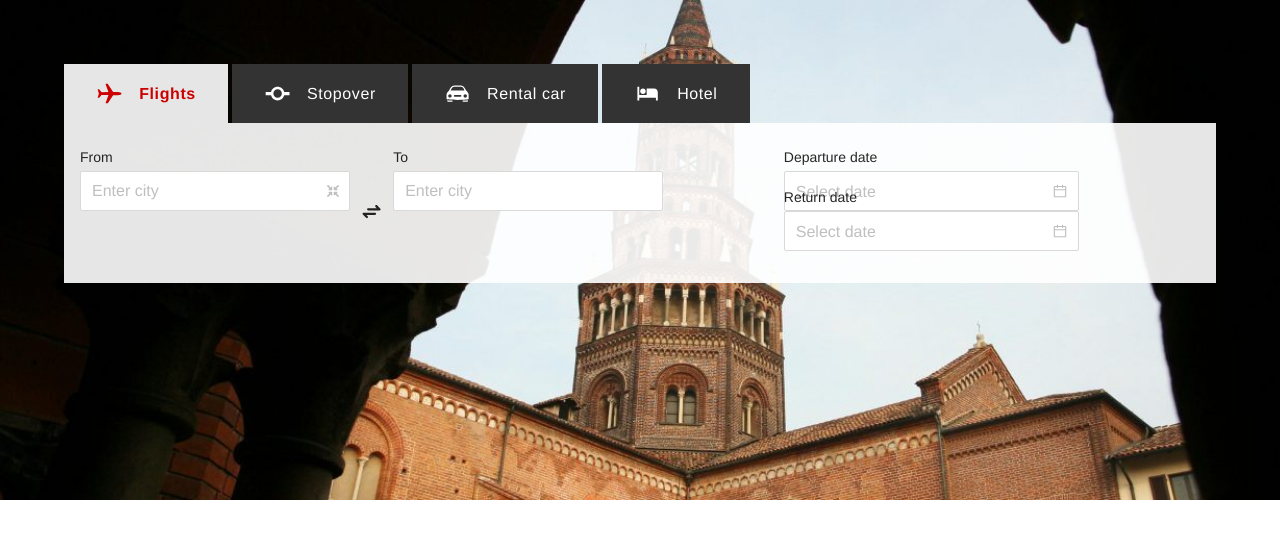
Repository: guidogr95/Everymundo-Excercise
Page: /
The author's editor kept a copy of each file at every save. The page is drawn from the files as they stood at one save, then again after the next save.
The browser window is 1280 px wide. The pictures show the whole page.
The project was rebuilt for these pictures with package versions that can differ from the ones it lists, and the page was loaded fresh each time. Also part of the build but not shown: src/components/CustomSpin/customspin.scss.

Above is the page before, as saved 2021-07-01 20:01:45.

### src/index.jsx
import React from 'react';
import ReactDOM from 'react-dom';
import App from './App';
import reportWebVitals from './reportWebVitals';
// redux
import { createStore } from 'redux'
import { Provider } from 'react-redux'
import { flightReducer } from 'src/redux/reducers/flightReducer'
const store = createStore(flightReducer)

ReactDOM.render(
  <React.StrictMode>
    <Provider store={store}>
      <App />
    </Provider>
  </React.StrictMode>,
  document.getElementById('root')
);

// If you want to start measuring performance in your app, pass a function
// to log results (for example: reportWebVitals(console.log))
// or send to an analytics endpoint. Learn more: https://bit.ly/CRA-vitals
reportWebVitals();

### src/App.jsx
// utils
import {
  QueryClient,
  QueryClientProvider,
} from 'react-query'
// styles
import 'antd/dist/antd.css';
import './app.scss';
// components
import BookingMask from 'src/components/BookingMask'

const queryClient = new QueryClient({
  defaultOptions: {
    queries: {
      refetchOnWindowFocus: false,
    },
  },
})

function App() {
  return (
    <QueryClientProvider client={queryClient}>
      <div className="App">
        <div className="flightmanager-container container" >
          <BookingMask />
        </div>
      </div>
    </QueryClientProvider>
  );
}

export default App;

### src/redux/reducers/flightReducer.js
const initialState = {
    geo: {
      origin: '',
      desination: ''
    },
    date: {
      departure: '',
      toReturn: '',
    }
};

export const flightReducer = (state = initialState, action) => {
  switch(action.type){
    case '@geo/update-origin':
      return {
          ...state,
          geo: {
          ...state.geo,
          origin: action.payload
        }
      }
    case '@geo/update-destination':
      return {
          ...state,
          geo: {
          ...state.geo,
          destination: action.payload
        }
      }
    case '@date/update-departure':
      return {
          ...state,
          date: {
          ...state.date,
          departure: action.payload
        }
      }
    case '@date/update-to-return':
      return {
          ...state,
          date: {
          ...state.date,
          toReturn: action.payload
        }
      }
    default:
      return state;
  }
}

// action creators
// @geo
export const geoUpdateOrigin = (payload) => {
  return {
    type: '@geo/update-origin',
    payload
  }
}
export const geoUpdateDestination = (payload) => {
  return {
    type: '@geo/update-destination',
    payload
  }
}
// @date
export const dateUpdateDeparture = (payload) => {
  return {
    type: '@date/update-departure',
    payload
  }
}
export const dateUpdateToReturn = (payload) => {
  return {
    type: '@date/update-to-return',
    payload
  }
}

### src/app.scss
@import 'styles/global';

.App {
  .container {
    width: $desktop-maxwidth;
    max-width: 100%;
  }
  .flightmanager-container {
    background: url('./assets/images/bg.jpg');
    background-size: cover;
    background-position: center;
    min-height: 500px;
    margin: auto;
    padding: 4rem;
  }
}

### src/components/BookingMask/index.jsx
import { useState } from 'react'
// styles
import './bookingmask.scss'
// assets
import { IoIosAirplane, IoMdGitCommit, IoIosCar, IoMdBed } from 'react-icons/io'
// components
import EmptyTab from './EmptyTab'
import FlightsTab from './FlightsTab'

const BookingMask = () => {
  const tabs = [
    {
      name: 'Flights',
      icon: <IoIosAirplane />,
      component: <FlightsTab />
    },
    {
      name: 'Stopover',
      icon: <IoMdGitCommit />,
      component: <EmptyTab />
    },
    {
      name: 'Rental car',
      icon: <IoIosCar />,
      component: <EmptyTab />
    },
    {
      name: 'Hotel',
      icon: <IoMdBed />,
      component: <EmptyTab />
    }
  ]

  const [activeTab, setActiveTab] = useState(tabs[0].name)
  const handleTab = name => setActiveTab(name)

  return (
    <section className="bookingmask" >
      <ul className="bookingmask__nav" >
        {tabs.map(tab =>
          <button
            className={activeTab === tab.name ? 'active' : ''}
            onClick={() => handleTab(tab.name)}
            key={tab.name}
          >
            {tab.icon}<span>{tab.name}</span>
          </button>
        )}
      </ul>
      <div className="bookingmask__tabs-wrapper" >
          {tabs.map(tab =>
            <div
              key={tab.name}
              className={`bookingmask__tab${activeTab === tab.name ? ' active' : ''}`}
            >
              {tab.component}
            </div>
          )}
      </div>
    </section>
  )
}

export default BookingMask

### src/styles/_global.scss
@import 'variables';
@import 'mixins';

html,
body {
  position: relative;
  padding: 0;
  margin: 0;
  font-family: $font-family;
  -webkit-text-size-adjust: 100%;
  -webkit-font-smoothing: auto;
  -moz-font-smoothing: auto;
  -moz-osx-font-smoothing: auto;
  --antd-wave-shadow-color: #c00;
}
* {
  box-sizing: border-box;
}
ul {
  margin: 0;
  padding: 0;
}
button {
  border: none;
  cursor: pointer;
}
.ant-select {
  min-width: 270px;
}
.ant-select:not(.ant-select-disabled):hover .ant-select-selector,
.ant-select-focused:not(.ant-select-disabled).ant-select:not(.ant-select-customize-input) .ant-select-selector {
  border-color: $color-red !important;
}
body::-moz-selection,
body::selection {
  color: $color-red !important;
  background: $color-red !important;
}

### src/styles/_variables.scss
// measurements
$desktop-maxwidth: 90rem;
// colors
$color-red: #c00;
$color-gray: #333333;
$color-white: #fff;
// fonts
// font-family
$font-family: SwissText,Helvetica,Arial,sans-serif,LufthansaMamSymbolText;
// font-weight
$font-weight-medium: 700;
$font-weight-small: 300;
// font-size
$font-size-normal: 1rem;
$font-size-large: 1.7rem;
// line height
$line-height-medium: 2.2rem;
// letter spacing
$letter-spacing-small: .6px;

// tab variables
// colors
$color-active-tab-bg: hsla(0,0%,100%,.9);
// padding
$padding-tab-link: 1rem 2rem;
$padding-tab-content: 3rem 1rem 2rem 1rem;
// margin
$margin-tab-link: 0 0 0 .25rem;

### src/styles/_mixins.scss
// MIXINS
@mixin breakpoint($point) {
  @media (max-width: $point) {
    @content;
  }
}

### src/components/BookingMask/bookingmask.scss
@import '/src/styles/variables';
.bookingmask {
  &__nav {
    list-style: none;
    button {
      &:not(:first-of-type) {
        margin: $margin-tab-link;
      }
      color: $color-white;
      background: $color-gray;
      padding: $padding-tab-link;
      display: inline-flex;
      align-items: center;
      font-size: $font-size-normal;
      font-weight: $font-weight-small;
      letter-spacing: $letter-spacing-small;
      &.active {
        color: $color-red;
        font-weight: $font-weight-medium;
        background-color: $color-active-tab-bg;
      }
      svg {
        margin-right: 1rem;
        font-size: $font-size-large;
      }
    }
  }
  &__tabs-wrapper {
    position: relative;
  }
  &__tab {
    position: absolute;
    top: 0;
    left: 0;
    right: 0;
    padding: $padding-tab-content;
    background-color: $color-active-tab-bg;
    display: none;
    &.active {
      display: block;
    }
  }
}

### src/components/BookingMask/EmptyTab/index.jsx
const EmptyTab = () => {
  return (
    <div>
      some more stuff
    </div>
  )
}

export default EmptyTab

### src/components/BookingMask/FlightsTab/index.jsx

// components
import AirportInputs from './AirportInputs'
import DateInputs from './DateInputs'

import './flightstab.scss'

export default function FlightsTab () {
  return (
    <div className="bookingmask__flight" >
      <AirportInputs/>
      <DateInputs/>
    </div>
  )
}

### src/components/BookingMask/FlightsTab/AirportInputs/index.jsx
// assets
import { CgArrowsExchange } from 'react-icons/cg'
import { FaCompressArrowsAlt } from 'react-icons/fa'
// components
import AirportInput from './AirportInput'
// redux
import { useDispatch, useSelector } from 'react-redux'
import { geoUpdateOrigin, geoUpdateDestination } from 'src/redux/reducers/flightReducer'

import './airportinputs.scss'

export default function AirportInputs () {
  const state = useSelector(state => state.geo)
  const dispatch = useDispatch()
  const { origin, destination } = state

  return (
    <div className="bookingmask__flight--geo" >
      <AirportInput
        label="From"
        value={origin}
        setValue={(v) => dispatch(geoUpdateOrigin(v))}
        placeholder="Enter city"
        id="fromInput"
        showArrow={true}
        suffixIcon={<FaCompressArrowsAlt/>}
        />
      <span className="separator" >
        <CgArrowsExchange/>
      </span>
      <AirportInput
        label="To"
        value={destination}
        setValue={(v) => dispatch(geoUpdateDestination(v))}
        placeholder="Enter city"
        id="toInput"
        showArrow={false}
      />
    </div>
  )
}

### src/components/BookingMask/FlightsTab/DateInputs/index.jsx
// components
import DateInput from './DateInput'
// redux
import { useDispatch } from 'react-redux'
import { dateUpdateDeparture, dateUpdateToReturn } from 'src/redux/reducers/flightReducer'

export default function DateInputs () {
  const dispatch = useDispatch()
  return (
    <div className="bookingmask__flight--date" >
      <DateInput
          label="Departure date"
          id="depInput"
          setValue={(v) => dispatch(dateUpdateDeparture(v))}
      />

      <DateInput
          label="Return date"
          id="returnInput"
          setValue={(v) => dispatch(dateUpdateToReturn(v))}
      />
    </div>
  )
}

### src/components/BookingMask/FlightsTab/flightstab.scss
@import '/src/styles/variables';
.bookingmask__flight {
  display: grid;
  grid-template-columns: repeat(3, auto);
}

### src/components/BookingMask/FlightsTab/AirportInputs/AirportInput/index.jsx
import { useCallback, useState, useMemo } from 'react'
// utils
import throttle from 'lodash/throttle'
import { Select } from 'antd'
// api
import { fetchAirports } from 'src/api/fetchers'
// components
import CustomSpin from 'src/components/CustomSpin'

import './airportinput.scss'

const { Option } = Select;

const AirportInput = ({ placeholder, showArrow, suffixIcon, label, id , value, setValue }) => {

  const [isLoading, setIsLoading] = useState(false)
  const [data, setData] = useState([])

  const throttledFetch = useMemo(
    () =>
      throttle(val => {
        fetchAirports(val)
        .then((res) => setData(res.data || []))
        .catch(() => setData([]))
        .finally(() => {
          setIsLoading(false)
        })
      }, 2000),
    []
  )
  const handleSelect = useCallback(
    val => {
      setIsLoading(true)
      const innerVal = val || ''
      setValue(innerVal)
      // fetching api accepts a min of 3 letters for search
      if (innerVal.length <= 2) {
        setData([])
        setIsLoading(false)
      } else {
        throttledFetch(val)
      }
    },
    [throttledFetch, setValue]
  )

  return (
    <div className="airportinput__wrapper" >
      {label && <label htmlFor={id} >{label}</label>}
      <Select
        showSearch
        allowClear
        id={id}
        placeholder={placeholder || 'Enter city'}
        value={value || undefined}
        onSearch={handleSelect}
        onChange={(val) => setValue(val)}
        onClear={handleSelect}
        size='large'
        showArrow={showArrow}
        suffixIcon={suffixIcon}
        optionLabelProp='value'
        defaultActiveFirstOption={false}
        dropdownClassName="airportinput__dropdown"
        filterOption={false}
        notFoundContent={isLoading ? <CustomSpin size="medium"/> : null}
      >
        {data.length > 0
          ? data.map(airport =>
            <Option key={airport.iata} value={`${airport.city} - ${airport.iata}`} >
              <span>{airport.name}</span>
              <span>{airport.iata}</span>
              <span>{airport.country.name}</span>
            </Option>)
          : null
        }
      </Select>
    </div>
  )
}

export default AirportInput

### src/components/BookingMask/FlightsTab/AirportInputs/airportinputs.scss
@import '/src/styles/variables';
.bookingmask__flight--geo {
  display: flex;
  .separator {
    display: flex;
    align-items: center;
    font-size: $font-size-large;
    padding: 0 .5rem;
  }
}

### src/components/BookingMask/FlightsTab/DateInputs/DateInput/index.jsx
import { DatePicker } from 'antd'
import { useState } from 'react'

import './dateinput.scss'

const DateInput = ({ id, label, setValue }) => {
  const [dateObj, setDateObj] = useState('')
  const onChange = (date, dateString) => {
    setDateObj(date)
    setValue(dateString)
  }
  return (
    <div className="dateinput__wrapper" >
      {label && <label htmlFor={id} >{label}</label>}
      <DatePicker
        size="large"
        id={id}
        value={dateObj}
        onChange={onChange}
      />
    </div>
  )
}

export default DateInput

### src/api/fetchers.js
// utils
import axios from 'axios'

const apiUrl = 'https://airportnames.vercel.app/api'

const fetchAirports = (term) => axios.post(`${apiUrl}/getAirports`, { term })

export {
  fetchAirports
}

### src/components/CustomSpin/index.jsx
import { Spin } from 'antd'
import { LoadingOutlined } from '@ant-design/icons'

import './customspin.scss'

const antIcon = <LoadingOutlined className="customspin" spin />

const CustomSpin = (props) => <Spin indicator={antIcon} {...props} />

export default CustomSpin

### src/components/BookingMask/FlightsTab/AirportInputs/AirportInput/airportinput.scss
.airportinput__dropdown {
  .ant-select-item-empty {
    text-align: center;
  }
  .ant-select-item-option-content {
    display: flex;
    flex-direction: column;
    span:nth-of-type(2) {
      font-weight: bold;
    }
  }
}
.airportinput__wrapper {
  display: flex;
  flex-direction: column;
  position: relative;
  label {
    position: absolute;
    left: 0;
    bottom: calc(100% + .2rem);
  }
}

### src/components/BookingMask/FlightsTab/DateInputs/DateInput/dateinput.scss
.dateinput__wrapper {
  display: flex;
  flex-direction: column;
  position: relative;
  label {
    position: absolute;
    left: 0;
    bottom: calc(100% + .2rem);
  }
}

Loaded but not shown: public/index.html (common file); src/reportWebVitals.js (common file)

After the next save:
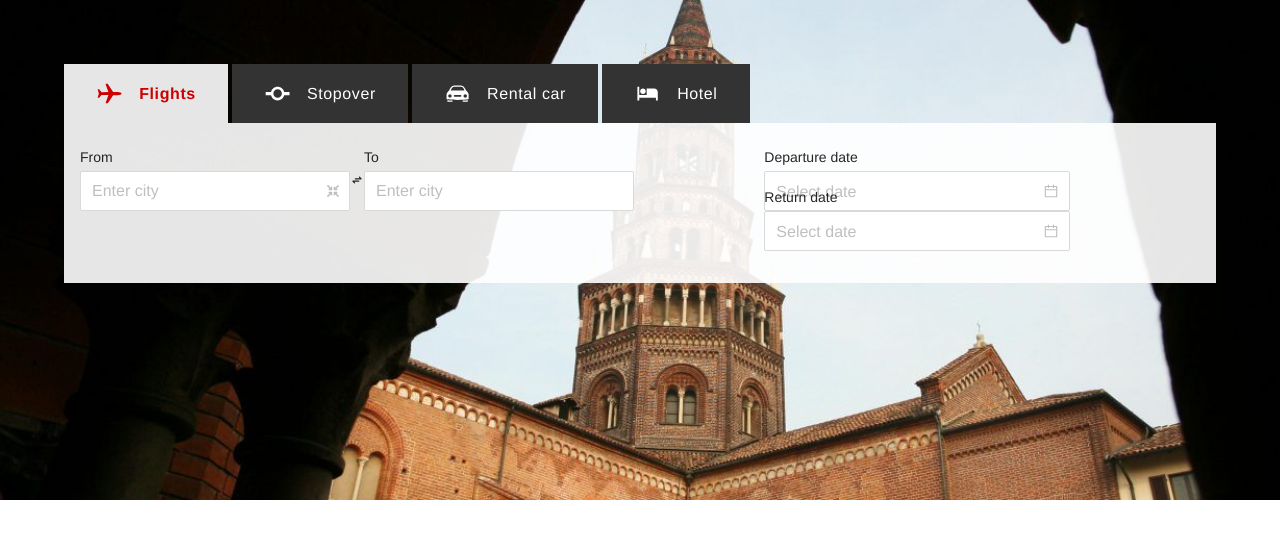
Saved 4 s later.
--- a/src/components/BookingMask/FlightsTab/AirportInputs/airportinputs.scss
+++ b/src/components/BookingMask/FlightsTab/AirportInputs/airportinputs.scss
@@ -1,10 +1,3 @@
-@import '/src/styles/variables';
 .bookingmask__flight--geo {
   display: flex;
-  .separator {
-    display: flex;
-    align-items: center;
-    font-size: $font-size-large;
-    padding: 0 .5rem;
-  }
 }

After the save that followed:
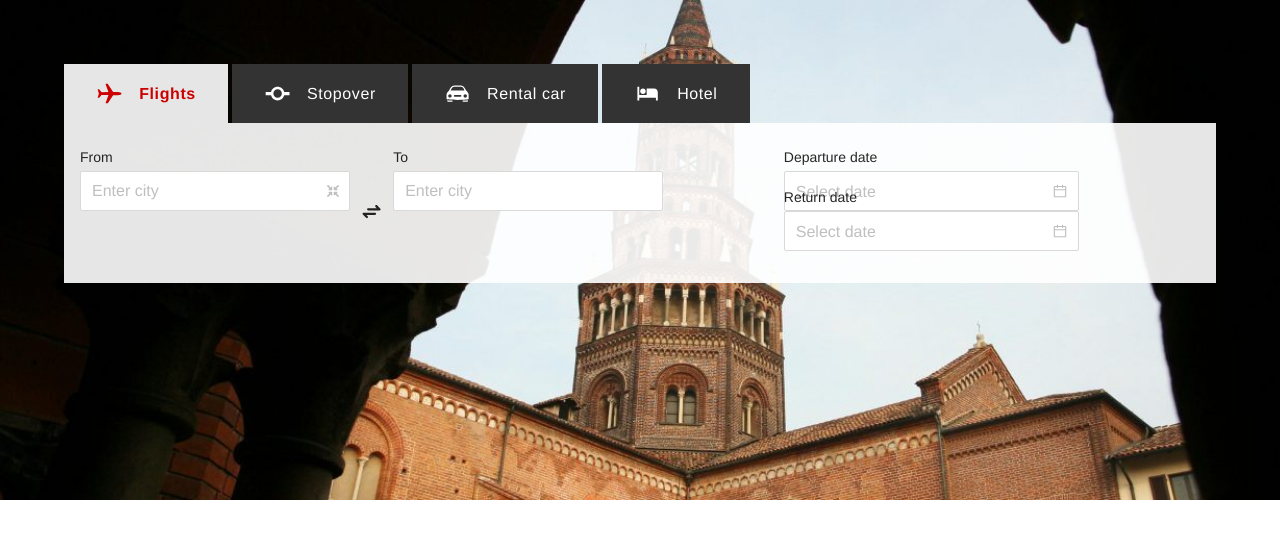
Saved 15 s later.
--- a/src/components/BookingMask/FlightsTab/flightstab.scss
+++ b/src/components/BookingMask/FlightsTab/flightstab.scss
@@ -2,4 +2,10 @@
 .bookingmask__flight {
   display: grid;
   grid-template-columns: repeat(3, auto);
+  .separator {
+    display: flex;
+    align-items: center;
+    font-size: $font-size-large;
+    padding: 0 .5rem;
+  }
 }
